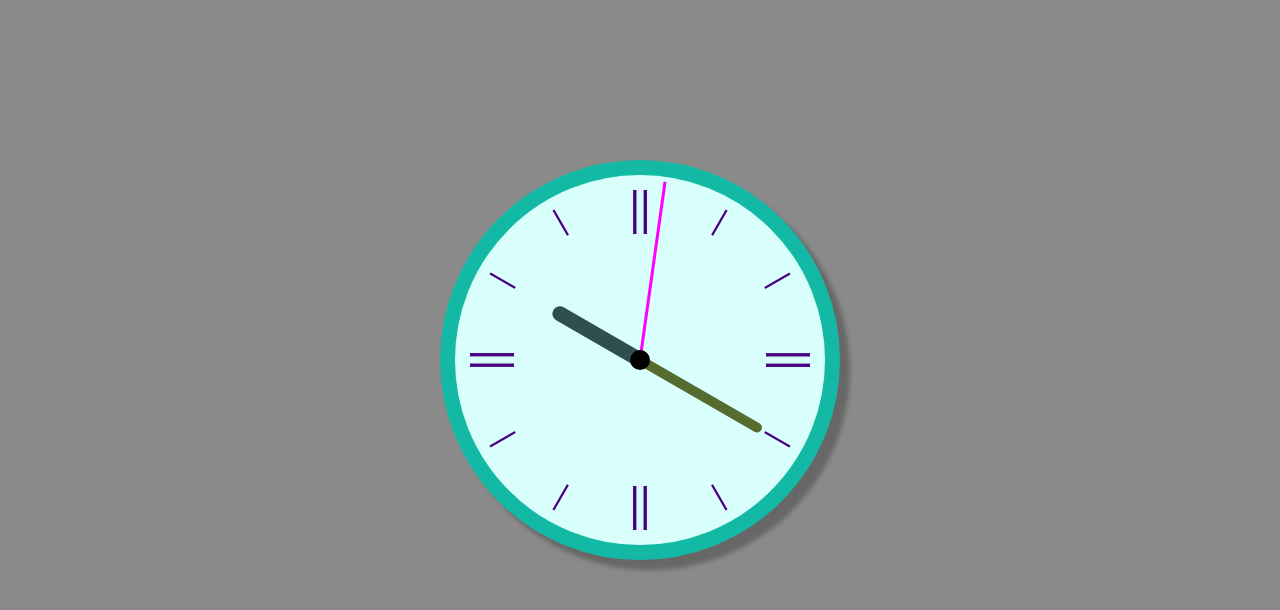
Repository: ChenWarren/web-clock
Page: index.html
The author's editor kept a copy of each file at every save. The page is drawn from the files as they stood at one save, then again after a run of saves.
The browser window is 1280 px wide. The pictures show the whole page.

Above is the page before, as saved 2021-03-19 10:11:08.

### index.html
<!DOCTYPE html>
<html lang="en">
<head>
    <meta charset="UTF-8">
    <meta http-equiv="X-UA-Compatible" content="IE=edge">
    <meta name="viewport" content="width=device-width, initial-scale=1.0">
    <link rel="stylesheet" href="main.css">
    <title>Clock</title>
</head>
<body>
    <main class="clock">
        <!-- hour, minute, second handle and center cot -->
        <div class="hour"></div>
        <div class="minute"></div>
        <div class="second"></div>
        <div class="center_dot"></div>

        <!-- time marks on clock -->
        <div class="number dot_1">
            <h4>|</h4>
        </div>
        <div class="number dot_2">
            <h4>|</h4>
        </div>
        <div class="number dot_3">
            <h2>||</h2>
        </div>
        <div class="number dot_4">
            <h4>|</h4>
        </div>
        <div class="number dot_5">
            <h4>|</h4>
        </div>
        <div class="number dot_6">
            <h2>||</h2>
        </div>
        <div class="number dot_7">
            <h4>|</h4>
        </div>
        <div class="number dot_8">
            <h4>|</h4>
        </div>
        <div class="number dot_9">
            <h2>||</h2>
        </div>
        <div class="number dot_10">
            <h4>|</h4>
        </div>
        <div class="number dot_11">
            <h4>|</h4>
        </div>
        <div class="number dot_12">
            <h2>||</h2>
        </div>
    </main>

    <script src="clock.js"></script>

</body>
</html>

### main.css
* {
    margin: 0;
    padding: 0;
    box-sizing: border-box;
}

body {
    background-color: rgb(138, 138, 138);
    display: flex;
    justify-content: center;
    align-items: center;
    width: 100vw;
    height: 100vh;
    overflow: hidden;
}

.clock {
    width: 400px;
    height: 400px;
    border-radius: 50%;
    background: #d8fffb;
    border: 15px solid #14B9A5;
    box-sizing: border-box;
    box-shadow: 10px 10px 4px rgba(0, 0, 0, 0.25);
    position: relative;
}

.hour {
    --rotation: 0deg;
    width: 15px;
    height: 100px;
    background-color:  darkslategray;
    position: absolute;
    left: 50%;
    bottom: 50%;
    transform: translateX(-50%) rotate(var(--rotation));
    transform-origin: center bottom;
    border-top-left-radius: 10px;
    border-top-right-radius: 10px;
}

.minute {
    --rotation: 0deg;
    width: 10px;
    height: 140px;
    background-color:darkolivegreen;
    position: absolute;
    left: 50%;
    bottom: 50%;
    transform: translateX(-50%) rotate(var(--rotation));
    transform-origin: center bottom;
    border-top-left-radius: 5px;
    border-top-right-radius: 5px;
}

.second {
    --rotation: 0deg;
    width: 3px;
    height: 180px;
    background-color: fuchsia;
    position: absolute;
    left: 50%;
    bottom: 50%;
    transform: translateX(-50%) rotate(var(--rotation));
    transform-origin: center bottom;
}

.center_dot {
    background-color: #000;
    width: 20px;
    height: 20px;
    border-radius: 50%;
    position: absolute;
    left: 50%;
    bottom: 50%;
    transform: translate(-50%, 50%);
}

.number {
    display: flex;
    height: 370px;
    width: 370px;
    padding-top: 5px;
    justify-content: center;
    color: indigo;
    position: absolute;
    font-size: 2rem;
}

.dot_1 {
    transform: rotate(30deg);
}

.dot_2 {
    transform: rotate(60deg);
}

.dot_3 {
    transform: rotate(90deg);
}

.dot_4 {
    transform: rotate(120deg);
}

.dot_5 {
    transform: rotate(150deg);
}

.dot_6 {
    transform: rotate(180deg);
}

.dot_7 {
    transform: rotate(210deg);
}

.dot_8 {
    transform: rotate(240deg);
}

.dot_9 {
    transform: rotate(270deg);
}

.dot_10 {
    transform: rotate(300deg);
}

.dot_11 {
    transform: rotate(330deg);
}

### clock.js
setInterval(setClock, 1000)

function setClock()
{
    let date = new Date()
    let hourRetio = date.getHours()/12
    let minuteRetio = date.getMinutes()/60
    let secondRetio = date.getSeconds()/60

    let hour = document.getElementsByClassName('hour')[0]
    let minute = document.getElementsByClassName('minute')[0]
    let second = document.getElementsByClassName('second')[0]

    let hourDeg = hourRetio * 360 + 'deg'
    let minuteDeg = minuteRetio * 360 + 'deg'
    let secondDeg = secondRetio * 60 + 'deg'

    hour.style.setProperty('--rotation', hourDeg)
    minute.style.setProperty('--rotation', minuteDeg)
    second.style.setProperty('--rotation', secondDeg)


    console.log(secondDeg)
}

setClock()

After the next 2 saves:
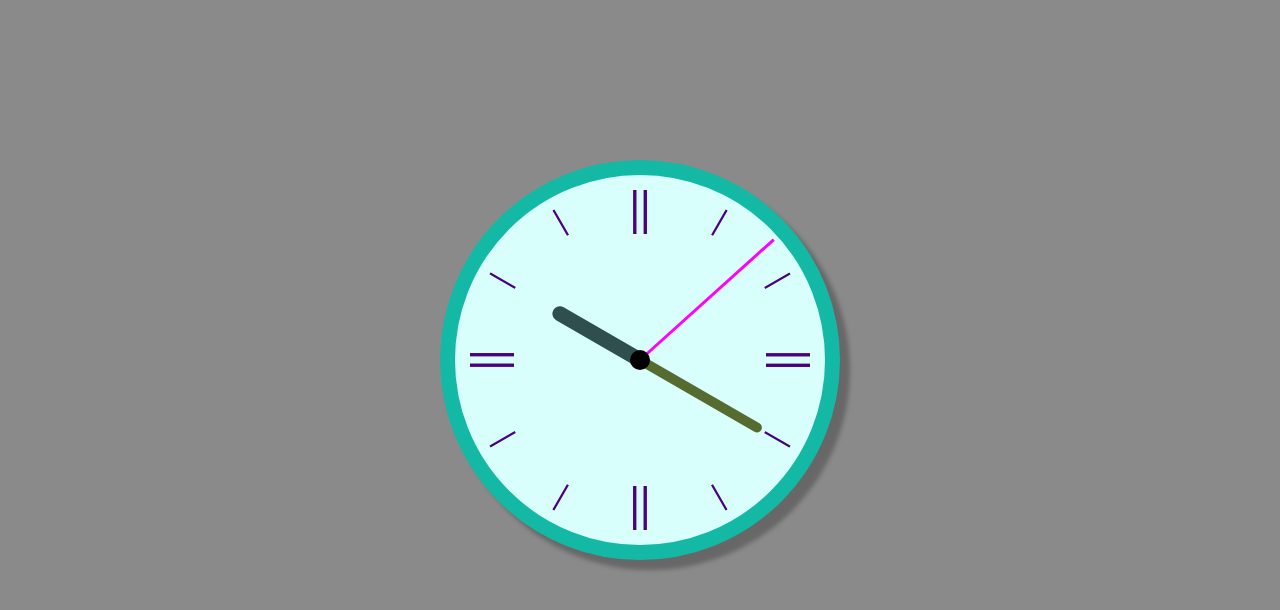
The 2 saves are shown as one change because they came seconds apart.
The last was saved 60 s later.
--- a/clock.js
+++ b/clock.js
@@ -13,7 +13,7 @@ function setClock()
 
     let hourDeg = hourRetio * 360 + 'deg'
     let minuteDeg = minuteRetio * 360 + 'deg'
-    let secondDeg = secondRetio * 60 + 'deg'
+    let secondDeg = secondRetio * 360 + 'deg'
 
     hour.style.setProperty('--rotation', hourDeg)
     minute.style.setProperty('--rotation', minuteDeg)
